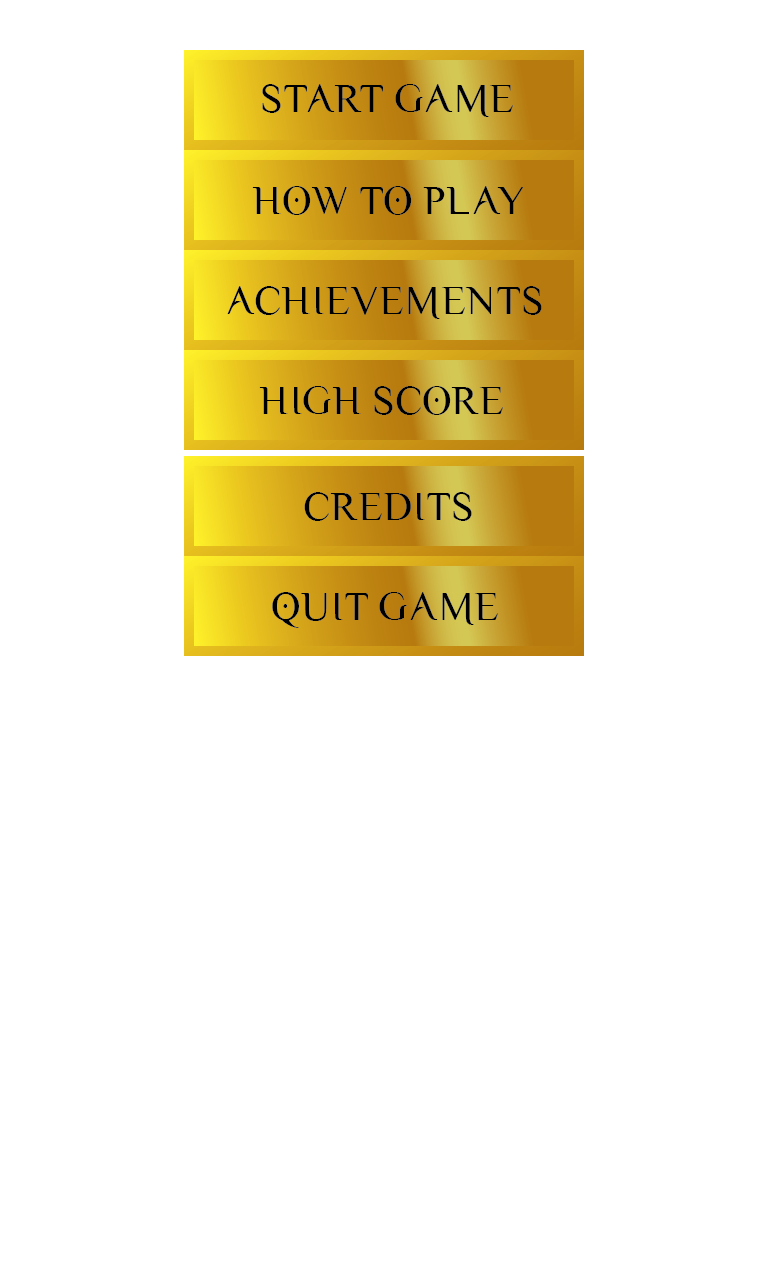
Repository: Zilter/IMT3671-Mobile-Project
Layout: GemSwapper/res/layout/activity_main.xml
An editor plug-in stored every save of this project. The layout is shown before and after the next save, followed by the edit.
It is drawn on a 768 x 1280 px phone screen (xhdpi) without system bars, with theme AppTheme; the app's code is not run.

Above is the layout before, as saved 2012-12-04 12:23:09.

After the next save:
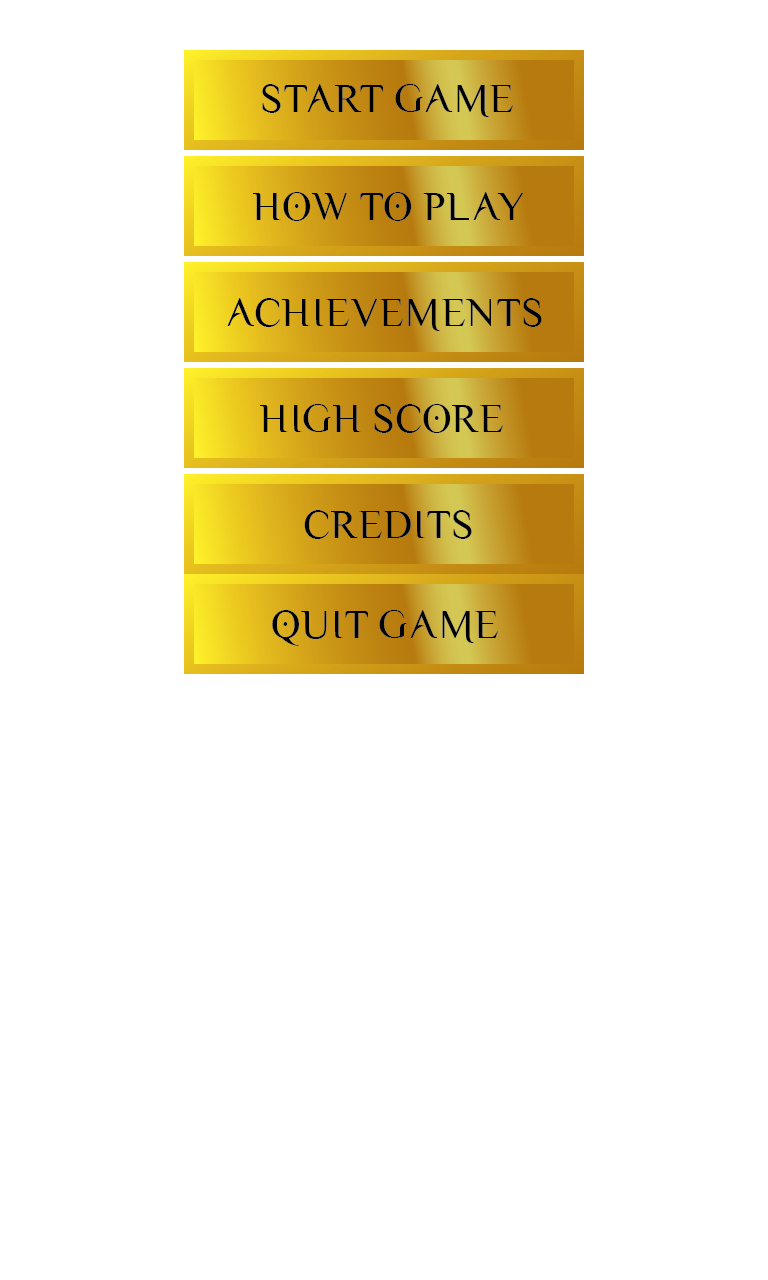
Saved 11 s later.
--- a/GemSwapper/res/layout/activity_main.xml
+++ b/GemSwapper/res/layout/activity_main.xml
@@ -35,6 +35,7 @@
      	    android:layout_height="wrap_content"
      	    android:layout_width="wrap_content"
      	    android:layout_gravity="center"
+     	    android:layout_marginTop="3dp"
      	    android:contentDescription="@string/imageDescription"
      	    />
 
@@ -44,6 +45,7 @@
      	    android:layout_height="wrap_content"
      	    android:layout_width="wrap_content"
      	    android:layout_gravity="center"
+     	    android:layout_marginTop="3dp"
      	    android:contentDescription="@string/imageDescription"
      	    />
 
@@ -53,6 +55,7 @@
      	    android:layout_height="wrap_content"
      	    android:layout_width="wrap_content"
      	    android:layout_gravity="center"
+     	    android:layout_marginTop="3dp"
      	    android:contentDescription="@string/imageDescription"
      	    />
 
